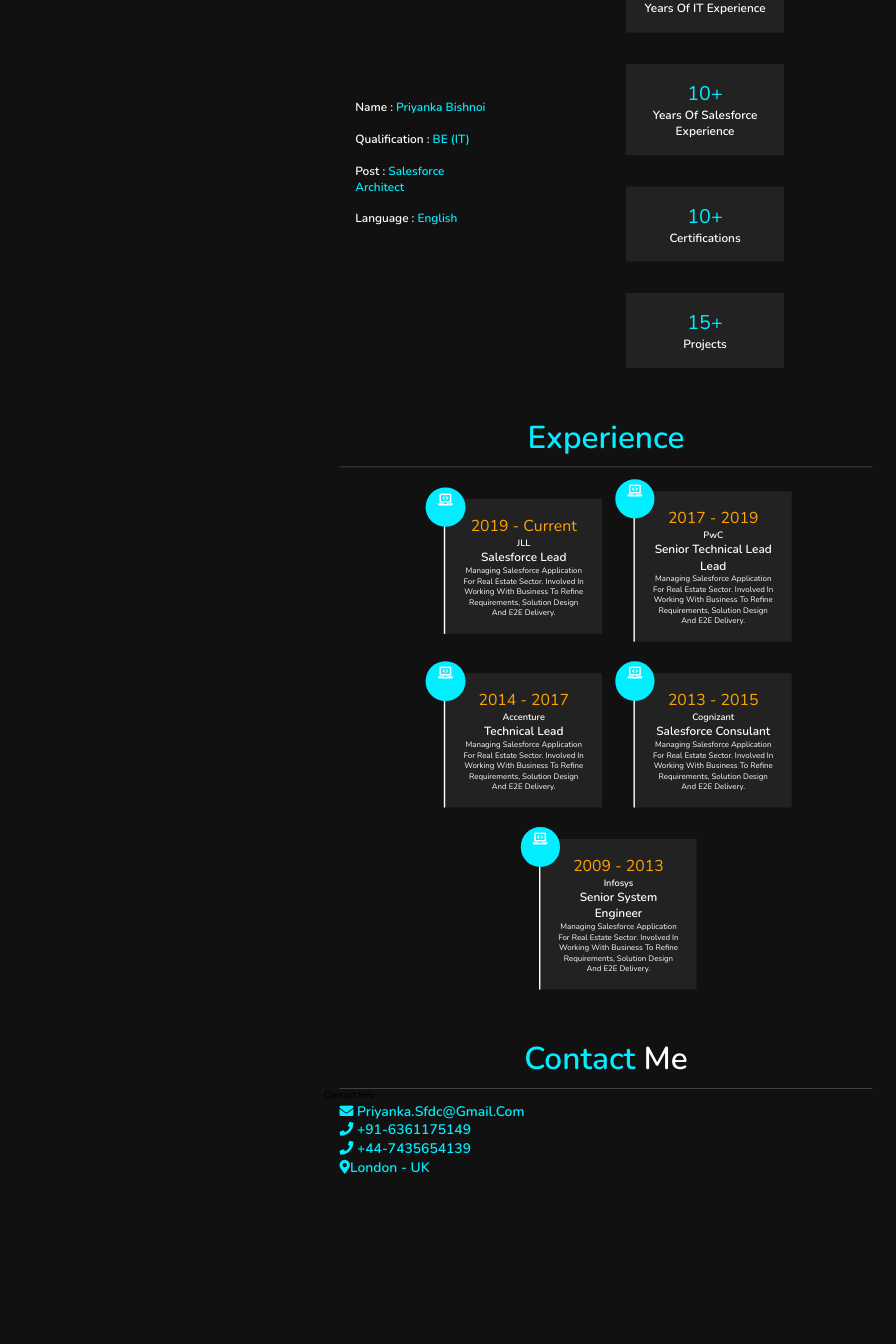
Repository: priyanka-bishnoi/PortfolioPage
Page: MyPage.html
The author's editor kept a copy of each file at every save. The page is drawn from the files as they stood at one save, then again after the next save.
The browser window is 1280 px wide. The pictures show the part of the page from y = 912 to 2832 px (the page is 3091 px tall), at 70% of full size.

Above is the page before, as saved 2022-10-09 15:33:55.

After the next save:
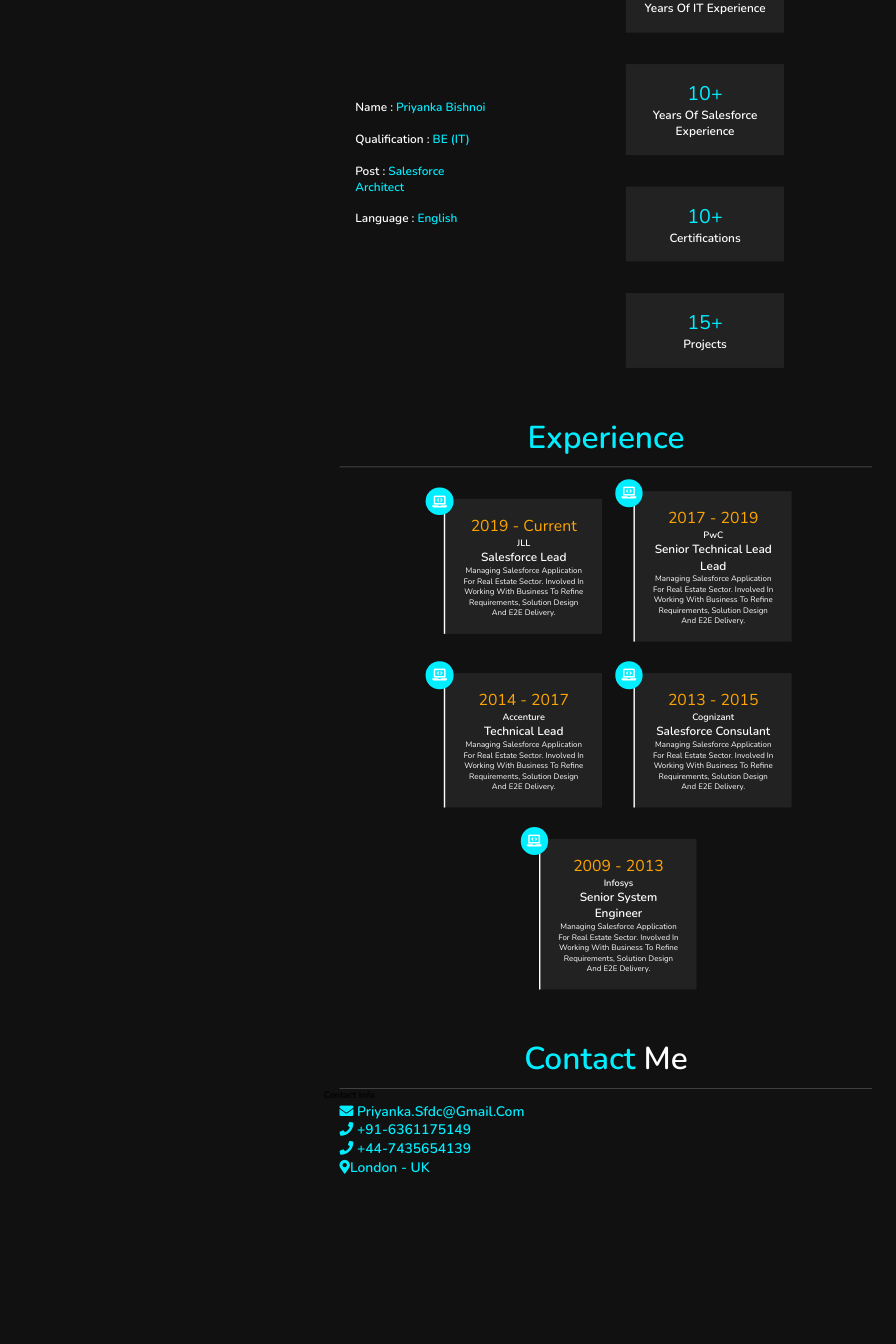
Saved 116 s later.
--- a/css/style.css
+++ b/css/style.css
@@ -221,10 +221,10 @@ header .navBar ul li a:hover{
 .experience .exp .box i{
     position: absolute;
     top:-1.5rem; left:-2.5rem;
-    height:5rem;
-    width: 5rem;
+    height:3.5rem;
+    width: 3.5rem;
     border-radius: 50%;
-    line-height: 3rem;
+    line-height: 3.5rem;
     text-align: center;
     font-size: 1.5rem;
     color:#fff;
